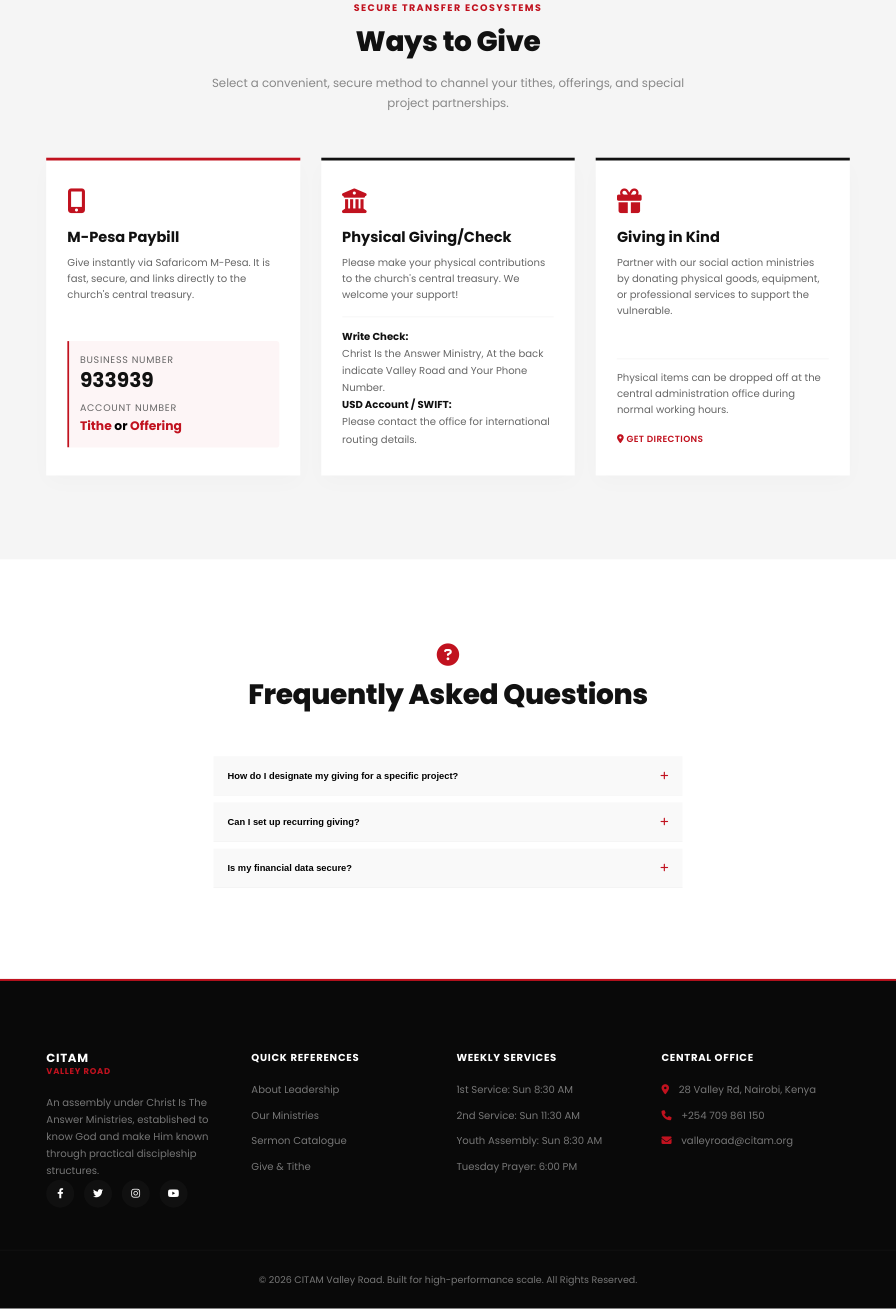
Repository: jereworks/CITAMVRD-Website
Page: give.html
The author's editor kept a copy of each file at every save. The page is drawn from the files as they stood at one save, then again after the next save.
The browser window is 1280 px wide. The pictures show the part of the page from y = 595 to 2515 px (the page is 2465 px tall before and 2515 px after), at 70% of full size.

Above is the page before, as saved 2026-06-11 17:30:21.

### give.html
<!DOCTYPE html>
<html lang="en">
<head>
    <meta charset="UTF-8">
    <meta name="viewport" content="width=device-width, initial-scale=1.0">
    <meta name="description" content="Support the ministry at CITAM Valley Road through your tithes, offerings, and partnership. Find our M-Pesa Paybill, Bank details, and other giving methods.">
    <title>Give & Partner | CITAM Valley Road</title>

    <link rel="preconnect" href="https://fonts.googleapis.com">
    <link rel="preconnect" href="https://fonts.gstatic.com" crossorigin>
    <link href="https://fonts.googleapis.com/css2?family=Poppins:wght@300;400;500;600;700;800&display=swap" rel="stylesheet">
    <link rel="stylesheet" href="https://cdnjs.cloudflare.com/ajax/libs/font-awesome/6.4.0/css/all.min.css">

    <link rel="stylesheet" href="css/style.css">
</head>
<body>

    <div class="top-bar">
        <div class="container top-bar-flex">
            <div class="top-info">
                <span><i class="fas fa-phone-alt"></i> +254 709 861 150</span>
                <span><i class="fas fa-envelope"></i> valleyroad@citam.org</span>
                <span><i class="fas fa-map-marker-alt"></i> 28 Valley Rd, Nairobi, Kenya</span>
            </div>
            <div class="top-social">
                <a href="https://www.facebook.com/citamvrdke" target="_blank" aria-label="Facebook"><i class="fab fa-facebook-f"></i></a>
                <a href="https://x.com/CitamVrdKE" aria-label="Twitter"><i class="fab fa-twitter"></i></a>
                <a href="https://www.instagram.com/citamvrdke/" aria-label="Instagram"><i class="fab fa-instagram"></i></a>
                <a href="https://www.youtube.com/@CITAMValleyRoadNPC" aria-label="YouTube"><i class="fab fa-youtube"></i></a>
            </div>
        </div>
    </div>

    <header class="header" id="header">
        <div class="container nav-container">

            <a href="index.html" class="logo" aria-label="CITAM Valley Road Home" style="display: flex; align-items: center; gap: 15px; text-decoration: none;">
                <img src="images/CITAMLOGO.svg" alt="CITAM Logo" style="height: 70px; width: auto; display: block;">

                <div style="display: flex; flex-direction: column; justify-content: center;">
                    <span style="font-size: 2.2rem; font-weight: 800; color: #ffffff; line-height: 0.85; letter-spacing: 2px;">
                        CITAM
                    </span>
                    <span style="font-size: 0.7rem; font-weight: 400; color: #ffffff; line-height: 1; margin-top: 6px; text-transform: uppercase; width: 100%; text-align-last: justify;">
                        Valley Road
                    </span>
                </div>
            </a>

            <nav class="nav-menu" id="nav-menu" aria-label="Main Navigation">
                <ul class="nav-list">
                    <li><a href="index.html">Home</a></li>
                    <li><a href="about.html">About Us</a></li>
                    <li><a href="ministries.html">Ministries</a></li>
                    <li><a href="sermons.html">Sermons</a></li>
                    <li><a href="events.html">Events</a></li>
                    <li><a href="gallery.html">Gallery</a></li>
                    <li><a href="contact.html">Contact</a></li>
                </ul>
            </nav>

            <div class="nav-actions">
                <a href="give.html" class="btn btn-primary btn-nav active">Give / Tithe</a>
                <button class="hamburger" id="hamburger" aria-expanded="false" aria-label="Toggle navigation menu">
                    <i class="fas fa-bars"></i>
                </button>
            </div>
        </div>
    </header>

    <section class="about-hero-banner" style="background: linear-gradient(rgba(17, 17, 17, 0.85), rgba(17, 17, 17, 0.85)), url('https://images.unsplash.com/photo-1529070538774-1843cb3265df?auto=format&fit=crop&w=1920&q=80') no-repeat center center/cover;">
        <div class="container text-center">
            <span class="hero-pre-tag animate-on-scroll reveal-up">Worship & Partner</span>
            <h1 class="animate-on-scroll reveal-up delay-1">Giving & Tithes</h1>
            <p class="hero-subtext animate-on-scroll reveal-up delay-2">Honoring God through our resources to advance the Kingdom, support our community, and impact the world.</p>
        </div>
    </section>

    <section class="section bg-light">
        <div class="container">
            <div class="text-center mb-4">
                <span class="section-subtitle text-primary">Secure Transfer Ecosystems</span>
                <h2 class="section-title">Ways to Give</h2>
                <p class="max-width-text">Select a convenient, secure method to channel your tithes, offerings, and special project partnerships.</p>
            </div>

            <div class="grid-3 mt-4">

                <div class="identity-box card-vision animate-on-scroll reveal-up" style="display: flex; flex-direction: column;">
                    <div style="overflow: visible;">
                        <i class="fas fa-mobile-alt icon-lead text-primary"></i>
                    </div>
                    <h3>M-Pesa Paybill</h3>
                    <p style="flex-grow: 1;">Give instantly via Safaricom M-Pesa. It is fast, secure, and links directly to the church's central treasury.</p>

                    <div style="background: rgba(193, 18, 31, 0.04); border-left: 3px solid var(--primary); padding: 15px; margin-top: 20px; border-radius: 0 4px 4px 0;">
                        <span style="display: block; font-size: 0.85rem; color: var(--text-muted); text-transform: uppercase; letter-spacing: 1px;">Business Number</span>
                        <strong style="display: block; font-size: 1.8rem; color: var(--dark); line-height: 1.2;">933939</strong>

                        <span style="display: block; font-size: 0.85rem; color: var(--text-muted); text-transform: uppercase; letter-spacing: 1px; margin-top: 12px;">Account Number</span>
                        <strong style="display: block; font-size: 1.1rem; color: var(--primary);">Tithe <span style="color: #000000;">or</span> Offering</strong>
                    </div>
                </div>

                <div class="identity-box animate-on-scroll reveal-up delay-1" style="display: flex; flex-direction: column;">
                    <div style="overflow: visible;">
                        <i class="fas fa-university icon-lead text-primary"></i>
                    </div>
                    <h3>Physical Giving/Check</h3>
                    <p style="flex-grow: 1;">Please make your physical contributions to the church's central treasury. We welcome your support!</p>

                    <div style="border-top: 1px solid rgba(0,0,0,0.05); padding-top: 15px; margin-top: 20px;">
                        <ul style="list-style: none; font-size: 0.9rem;">
                            <li >
                                <strong style="color: var(--dark); display: block;">Write Check:</strong>
                                Christ Is the Answer Ministry, At the back indicate Valley Road and Your Phone Number.
                            </li>

                            <li>
                                <strong style="color: var(--dark); display: block;">USD Account / SWIFT:</strong>
                                Please contact the office for international routing details.
                            </li>
                        </ul>
                    </div>
                </div>

                <div class="identity-box animate-on-scroll reveal-up delay-2" style="display: flex; flex-direction: column;">
                    <div style="overflow: visible;">
                        <i class="fas fa-gift icon-lead text-primary"></i>
                    </div>
                    <h3>Giving in Kind</h3>
                    <p style="flex-grow: 1;">Partner with our social action ministries by donating physical goods, equipment, or professional services to support the vulnerable.</p>

                    <div style="border-top: 1px solid rgba(0,0,0,0.05); padding-top: 15px; margin-top: 20px;">
                        <p style="font-size: 0.9rem; margin-bottom: 15px;">Physical items can be dropped off at the central administration office during normal working hours.</p>
                        <a href="contact.html" class="action-link" style="color: var(--primary);"><i class="fas fa-map-marker-alt"></i> Get Directions</a>
                    </div>
                </div>

            </div>
        </div>
    </section>

    <section class="section bg-white">
        <div class="container max-width-text">
            <div class="text-center mb-4">
                <i class="fas fa-question-circle text-primary" style="font-size: 2rem; margin-bottom: 15px;"></i>
                <h2 class="section-title">Frequently Asked Questions</h2>
            </div>

            <div class="accordion-container animate-on-scroll reveal-up">

                <div class="accordion-item">
                    <button class="accordion-header" aria-expanded="false">
                        <span>How do I designate my giving for a specific project?</span>
                        <i class="fas fa-plus text-primary transition-smooth"></i>
                    </button>
                    <div class="accordion-content">
                        <p style="padding: 15px 0;">When using M-Pesa, you can indicate the specific project name in the <strong>Account Number</strong> field (e.g., "Building Fund", "Missions", or "Welfare"). For Bank Transfers, please include the designation in your transfer reference notes.</p>
                    </div>
                </div>

                <div class="accordion-item">
                    <button class="accordion-header" aria-expanded="false">
                        <span>Can I set up recurring giving?</span>
                        <i class="fas fa-plus text-primary transition-smooth"></i>
                    </button>
                    <div class="accordion-content">
                        <p style="padding: 15px 0;">Yes. We highly encourage setting up a Standing Order with your bank. This automates your tithes and regular offerings, ensuring consistency. You can use the bank details provided above to set this up with your branch.</p>
                    </div>
                </div>

                <div class="accordion-item">
                    <button class="accordion-header" aria-expanded="false">
                        <span>Is my financial data secure?</span>
                        <i class="fas fa-plus text-primary transition-smooth"></i>
                    </button>
                    <div class="accordion-content">
                        <p style="padding: 15px 0;">Absolutely. All digital transactions are processed directly through Safaricom and our partnered commercial banks. CITAM Valley Road does not intercept, store, or process your direct banking passwords or PINs.</p>
                    </div>
                </div>

            </div>
        </div>
    </section>

    <footer class="footer">
        <div class="container grid-4">
            <div class="footer-col">
                <h3>CITAM<span>Valley Road</span></h3>
                <p>An assembly under Christ Is The Answer Ministries, established to know God and make Him known through practical discipleship structures.</p>
                <div class="social-links">
                    <a href="https://www.facebook.com/citamvrdke" target="_blank" rel="noopener noreferrer" aria-label="Facebook"><i class="fab fa-facebook-f"></i></a>
                    <a href="https://x.com/CitamVrdKE" target="_blank" rel="noopener noreferrer" aria-label="Twitter"><i class="fab fa-twitter"></i></a>
                    <a href="https://www.instagram.com/citamvrdke/" target="_blank" rel="noopener noreferrer" aria-label="Instagram"><i class="fab fa-instagram"></i></a>
                    <a href="https://www.youtube.com/@CITAMValleyRoadNPC" target="_blank" rel="noopener noreferrer" aria-label="YouTube"><i class="fab fa-youtube"></i></a>
                </div>
            </div>
            <div class="footer-col">
                <h4>Quick References</h4>
                <ul>
                    <li><a href="about.html">About Leadership</a></li>
                    <li><a href="ministries.html">Our Ministries</a></li>
                    <li><a href="sermons.html">Sermon Catalogue</a></li>
                    <li><a href="give.html">Give & Tithe</a></li>
                </ul>
            </div>
            <div class="footer-col">
                <h4>Weekly Services</h4>
                <ul>
                    <li>1st Service: Sun 8:30 AM</li>
                    <li>2nd Service: Sun 11:30 AM</li>
                    <li>Youth Assembly: Sun 8:30 AM</li>
                    <li>Tuesday Prayer: 6:00 PM</li>
                </ul>
            </div>
            <div class="footer-col">
                <h4>Central Office</h4>
                <ul>
                    <li><i class="fas fa-map-marker-alt"></i> 28 Valley Rd, Nairobi, Kenya</li>
                    <li><i class="fas fa-phone"></i> +254 709 861 150</li>
                    <li><i class="fas fa-envelope"></i> valleyroad@citam.org</li>
                </ul>
            </div>
        </div>
        <div class="footer-bottom text-center">
            <p>© 2026 CITAM Valley Road. Built for high-performance scale. All Rights Reserved.</p>
        </div>
    </footer>

    <script>
        document.addEventListener('DOMContentLoaded', () => {

            // 1. Sticky Header Intersection
            const header = document.getElementById('header');
            window.addEventListener('scroll', () => {
                if (window.scrollY > 50) {
                    header.classList.add('scrolled');
                } else {
                    header.classList.remove('scrolled');
                }
            });

            // 2. Mobile Nav Toggle
            const hamburger = document.getElementById('hamburger');
            const navMenu = document.getElementById('nav-menu');
            hamburger.addEventListener('click', () => {
                navMenu.classList.toggle('show');
                const isExpanded = hamburger.getAttribute('aria-expanded') === 'true';
                hamburger.setAttribute('aria-expanded', !isExpanded);
            });

            // 3. Cinematic Scroll Reveal via IntersectionObserver
            const observerOptions = {
                root: null,
                rootMargin: '0px',
                threshold: 0.15
            };

            const revealObserver = new IntersectionObserver((entries, observer) => {
                entries.forEach(entry => {
                    if (entry.isIntersecting) {
                        entry.target.classList.add('active');
                        observer.unobserve(entry.target);
                    }
                });
            }, observerOptions);

            const animatableElements = document.querySelectorAll('.animate-on-scroll');
            animatableElements.forEach(el => revealObserver.observe(el));

            // 4. Accordion Logic (Scalable UI Pattern)
            const accordionHeaders = document.querySelectorAll('.accordion-header');

            accordionHeaders.forEach(header => {
                header.addEventListener('click', function() {
                    const content = this.nextElementSibling;
                    const icon = this.querySelector('i');
                    const isOpen = content.style.maxHeight;

                    // Close all other accordions
                    document.querySelectorAll('.accordion-content').forEach(item => {
                        item.style.maxHeight = null;
                    });
                    document.querySelectorAll('.accordion-header i').forEach(item => {
                        item.classList.remove('fa-minus');
                        item.classList.add('fa-plus');
                    });
                    document.querySelectorAll('.accordion-header').forEach(item => {
                        item.setAttribute('aria-expanded', 'false');
                    });

                    // Open clicked if it was closed
                    if (!isOpen) {
                        content.style.maxHeight = content.scrollHeight + "px";
                        icon.classList.remove('fa-plus');
                        icon.classList.add('fa-minus');
                        this.setAttribute('aria-expanded', 'true');
                    }
                });
            });
        });
    </script>
</body>
</html>

Loaded but not shown: css/style.css (1641 lines, source omitted)

After the next save:
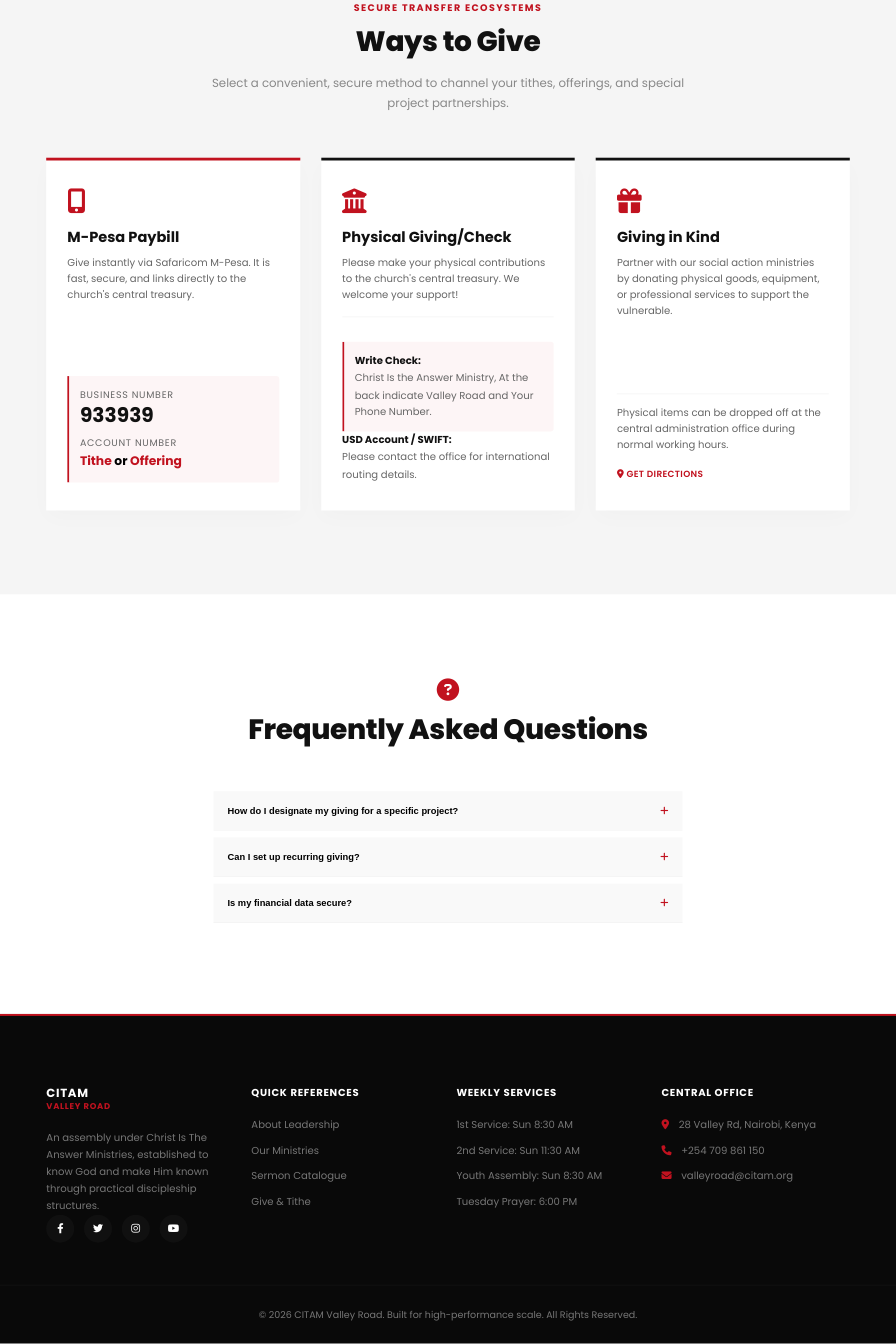
Saved 5 s later.
--- a/give.html
+++ b/give.html
@@ -111,7 +111,7 @@
 
                     <div style="border-top: 1px solid rgba(0,0,0,0.05); padding-top: 15px; margin-top: 20px;">
                         <ul style="list-style: none; font-size: 0.9rem;">
-                            <li >
+                            <li style="background: rgba(193, 18, 31, 0.04); border-left: 3px solid var(--primary); padding: 15px; margin-top: 20px; border-radius: 0 4px 4px 0;">
                                 <strong style="color: var(--dark); display: block;">Write Check:</strong>
                                 Christ Is the Answer Ministry, At the back indicate Valley Road and Your Phone Number.
                             </li>
